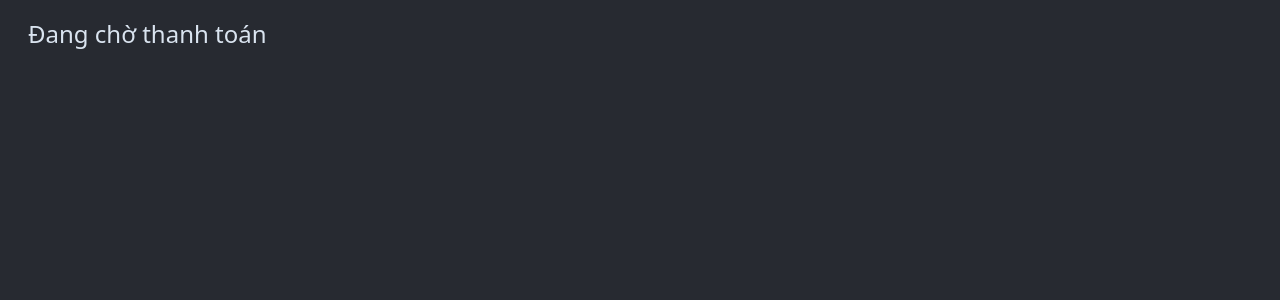
Repository: Quoc-Thang/projectasm
Page: payment.html
The author's editor kept a copy of each file at every save. The page is drawn from the files as they stood at one save, then again after the next save.
The browser window is 1280 px wide. The pictures show the whole page.
Some web libraries are served in a nearby version.

Above is the page before, as saved 2023-12-13 09:39:13.
Console error: TypeError: Cannot set properties of null (setting 'textContent')

### payment.html
<!DOCTYPE html>
<html lang="en">
  <head>
    <meta charset="UTF-8" />
    <meta name="viewport" content="width=device-width, initial-scale=1.0" />
    <title>F8 - Học lập trình để đi làm</title>
    <!-- Preconnect -->
    <link rel="preconnect" href="https://unpkg.com/aos@2.3.1" />
    <link
      rel="preconnect"
      href="https://cdn.jsdelivr.net/npm/bootstrap@5.3.2" />
    <link rel="preconnect" href="https://kit.fontawesome.com" />
    <link rel="preconnect" href="https://fonts.googleapis.com" />
    <link rel="preconnect" href="https://fonts.gstatic.com" crossorigin />

    <!-- AOS -->
    <link href="https://unpkg.com/aos@2.3.1/dist/aos.css" rel="stylesheet" />

    <!-- Bootstrap -->
    <link
      href="https://cdn.jsdelivr.net/npm/bootstrap@5.3.2/dist/css/bootstrap.min.css"
      rel="stylesheet"
      integrity="sha384-T3c6CoIi6uLrA9TneNEoa7RxnatzjcDSCmG1MXxSR1GAsXEV/Dwwykc2MPK8M2HN"
      crossorigin="anonymous" />

    <!-- Google Fonts -->
    <link
      href="https://fonts.googleapis.com/css2?family=Poppins:wght@100;200;300;400&family=Roboto:wght@100;300;400&display=swap"
      rel="stylesheet" />

    <!-- CSS -->
    <link rel="stylesheet" href="./view/assets/css/reset.css" />
    <link rel="stylesheet" href="./view/assets/css/synthetic.css" />
    <link rel="stylesheet" href="./view/assets/css/payment.css" />
  </head>
  <body>
    <div class="payment">
      <div class="left-payment">
        <div class="time-countdown">
          <div class="heading-time-countdown">
            <h4>Đang chờ thanh toán</h4>
          </div>
          <div class="loading-payment">
            <div class="dot dot1"></div>
            <div class="dot dot2"></div>
            <div class="dot dot3"></div>
          </div>
          <div class="countdown-timer">
            <div class="countdown"></div>
          </div>
        </div>
        <div class="cart-payment"></div>
        <div class="coupon"></div>
        <div class="detail-payment"></div>
      </div>
      <div class="right-payment">
        <div class="instruct-payment-qr"></div>
        <div class="instruct-payment-handemade"></div>
        <div class="note-payment"></div>
      </div>
    </div>

    <!-- Javascript -->
    <script src="./view/assets/javascript/payment.js"></script>

    <!-- Font Awesome -->
    <script
      src="https://kit.fontawesome.com/3e006365dd.js"
      crossorigin="anonymous"></script>

    <!-- Bootstrap -->
    <script
      src="https://cdn.jsdelivr.net/npm/bootstrap@5.3.2/dist/js/bootstrap.bundle.min.js"
      integrity="sha384-C6RzsynM9kWDrMNeT87bh95OGNyZPhcTNXj1NW7RuBCsyN/o0jlpcV8Qyq46cDfL"
      crossorigin="anonymous"></script>

    <!-- AOS -->
    <script src="https://unpkg.com/aos@2.3.1/dist/aos.js"></script>
    <script>
      AOS.init();
    </script>
  </body>
</html>

### view/assets/css/synthetic.css
:root {
  --system-ui: system-ui, "Segoe UI", Roboto, Helvetica, Arial, sans-serif,
    "Apple Color Emoji", "Segoe UI Emoji", "Segoe UI Symbol";
  --font-code: "SF Mono", monospace;
}

html,
body {
  min-height: 100% !important;
  height: 100%;
}

body {
  font-family: var(--system-ui);
  scroll-behavior: smooth;
  overflow-x: hidden;
}

main {
  display: flex;
}

.main {
  display: flex;
  flex-direction: column;
}

article {
  display: flex;
  min-width: 100vh;
}

.wrapper {
  width: 100%;
}

/* width */
::-webkit-scrollbar {
  width: 8px;
}

/* Track */
::-webkit-scrollbar-track {
  box-shadow: inset 0 0 5px grey;
  /* border-radius: 8px; */
}

/* Handle */
::-webkit-scrollbar-thumb {
  background: #a9a9a9;
  border-radius: 4px;
}

/* Handle on hover */
::-webkit-scrollbar-thumb:hover {
  background: #a9a9a9;
}

ul {
  list-style-type: none;
  margin: 0;
  padding: 0;
}

a {
  text-decoration: none;
}

### view/assets/css/payment.css
.payment {
  width: 100%;
  height: 100%;
  background-color: #272a31;
  color: #dae4f0;
  display: flex;
  flex-direction: row;
}

.left-payment {
  width: 30%;
  height: 100%;
  padding: 20px 28px;
}

.right-payment {
  width: 70%;
  height: 100%;
  padding: 8px 40px;
}

### view/assets/javascript/payment.js
const targetMinutes = 5;
const endTime = new Date();
endTime.setMinutes(endTime.getMinutes() + targetMinutes);

const countdownElement = document.getElementById("countdown");

function updateCountdown() {
  const currentTime = new Date();
  const timeDifference = endTime - currentTime;

  const minutes = Math.floor((timeDifference % (1000 * 60 * 60)) / (1000 * 60));
  const seconds = Math.round((timeDifference % (1000 * 60)) / 1000);

  countdownElement.textContent = `0${minutes}:${
    seconds < 10 ? "0" : ""
  }${seconds}`;

  if (timeDifference <= 0) {
    clearInterval(timerInterval);
    countdownElement.textContent = "00:00";
    alert("Hết thời gian!");
  }
}

const timerInterval = setInterval(updateCountdown, 1000);

updateCountdown();

Loaded but not shown: view/assets/css/reset.css (common file)

After the next save:
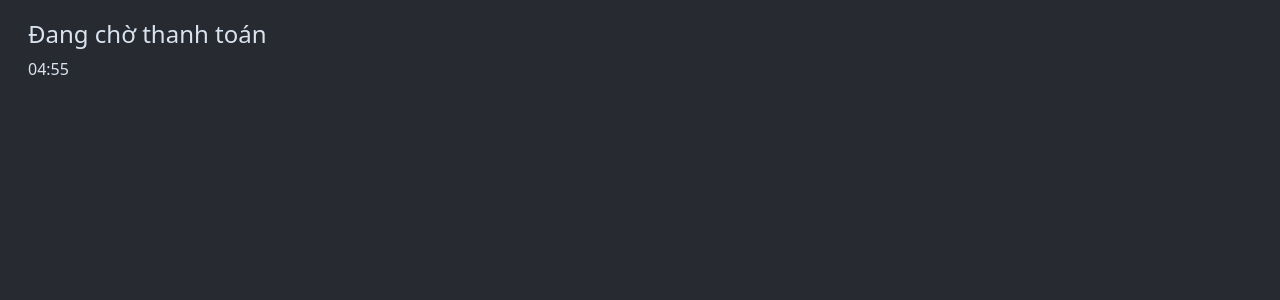
The error is gone.
Saved 44 s later.
--- a/payment.html
+++ b/payment.html
@@ -46,7 +46,7 @@
             <div class="dot dot3"></div>
           </div>
           <div class="countdown-timer">
-            <div class="countdown"></div>
+            <div id="countdown"></div>
           </div>
         </div>
         <div class="cart-payment"></div>
